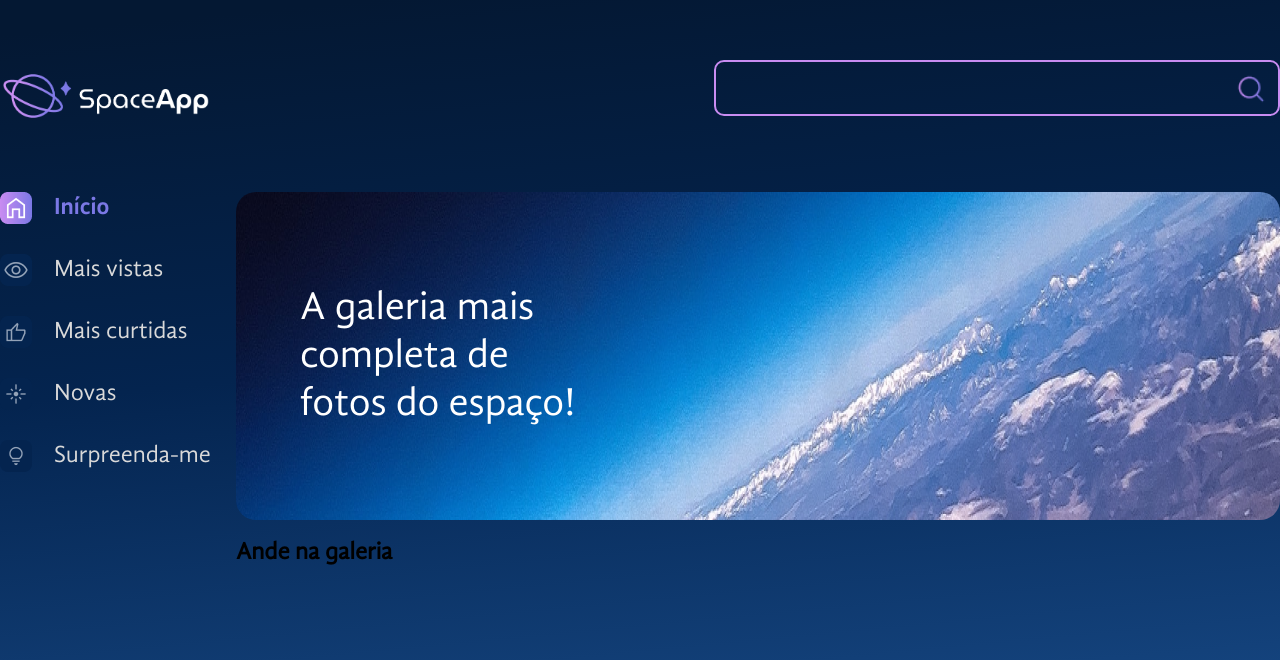
Repository: humbertobrasileiro/space-app
Page: /
The author's editor kept a copy of each file at every save. The page is drawn from the files as they stood at one save, then again after the next save.
The browser window is 1280 px wide. The pictures show the whole page.
The project was rebuilt for these pictures with package versions that can differ from the ones it lists, and the page was loaded fresh each time. Also part of the build but not shown: vite.config.js.

Above is the page before, as saved 2025-03-06 09:18:37.

### src/App.jsx
import { styled } from "styled-components";
import EstilosGlobais from "./componentes/EstilosGlobais";
import Cabecalho from "./componentes/Cabecalho";
import BarraLateral from "./componentes/BarraLateral";
import Banner from "./componentes/Banner";
import bannerBackground from "./assets/banner.png";
import Galeria from "./componentes/Galeria";

const FundoGradiente = styled.div`
  background: linear-gradient(
    174.61deg,
    #041833 4.16%,
    #04244f 48%,
    #154580 96.76%
  );
  width: 100%;
  min-height: 100vh;
`;

const AppContainer = styled.div`
  width: 1440px;
  margin: 0 auto;
  max-width: 100%;
`;

const MainContainer = styled.main`
  display: flex;
  gap: 24px;
`;

const ConteudoGaleria = styled.section`
  display: flex;
  flex-direction: column;
  flex-grow: 1;
`;

function App() {
  return (
    <FundoGradiente>
      <EstilosGlobais />
      <AppContainer>
        <Cabecalho />
        <MainContainer>
          <BarraLateral />
          <ConteudoGaleria>
            <Banner
              texto="A galeria mais completa de fotos do espaço!"
              backgroundImage={bannerBackground}
            />
            <Galeria />
          </ConteudoGaleria>
        </MainContainer>
      </AppContainer>
    </FundoGradiente>
  );
}

export default App;

### src/componentes/EstilosGlobais/index.jsx
import { createGlobalStyle } from 'styled-components'

import GandhiSansRegular from './fontes/GandhiSans-Regular.otf'
import GandhiSansBold from './fontes/GandhiSans-Bold.otf'

const EstilosGlobais = createGlobalStyle`
@font-face {
  font-family: 'GandhiSansRegular';
  src: local('Gandhi Sans Regular'), local('GandhiSansRegular'), url(${GandhiSansRegular});
}
@font-face {
  font-family: 'GandhiSansBold';
  src: local('Gandhi Sans Bold'), local('GandhiSansBold'), url(${GandhiSansBold});
}
html {
  line-height: 1.15;
  -webkit-text-size-adjust: 100%;
  font-family: GandhiSansRegular;
}
body {
  margin: 0;
  min-height: 100vh;
}
main {
  display: block;
}
h1 {
  font-size: 2em;
  margin: 0.67em 0;
}
hr {
  box-sizing: content-box;
  height: 0;
  overflow: visible;
}
a {
  background-color: transparent;
}
abbr[title] {
  border-bottom: none;
  text-decoration: underline;
  text-decoration: underline dotted;
}
b,
strong {
  font-weight: bolder;
}
code,
kbd,
samp {
  font-family: monospace, monospace;
  font-size: 1em;
}
small {
  font-size: 80%;
}
sub,
sup {
  font-size: 75%;
  line-height: 0;
  position: relative;
  vertical-align: baseline;
}
sub {
  bottom: -0.25em;
}
sup {
  top: -0.5em;
}
img {
  border-style: none;
}
button,
input,
optgroup,
select,
textarea {
  font-family: inherit;
  font-size: 100%;
  line-height: 1.15;
  margin: 0;
}
button,
input {
  overflow: visible;
}
button,
select {
  text-transform: none;
}
button,
[type="button"],
[type="reset"],
[type="submit"] {
  -webkit-appearance: button;
}
button::-moz-focus-inner,
[type="button"]::-moz-focus-inner,
[type="reset"]::-moz-focus-inner,
[type="submit"]::-moz-focus-inner {
  border-style: none;
  padding: 0;
}
button:-moz-focusring,
[type="button"]:-moz-focusring,
[type="reset"]:-moz-focusring,
[type="submit"]:-moz-focusring {
  outline: 1px dotted ButtonText;
}
fieldset {
  padding: 0.35em 0.75em 0.625em;
}
legend {
  box-sizing: border-box;
  color: inherit;
  display: table;
  max-width: 100%;
  padding: 0;
  white-space: normal;
}
progress {
  vertical-align: baseline;
}
textarea {
  overflow: auto;
}
[type="checkbox"],
[type="radio"] {
  box-sizing: border-box;
  padding: 0;
}
[type="number"]::-webkit-inner-spin-button,
[type="number"]::-webkit-outer-spin-button {
  height: auto;
}
[type="search"] {
  -webkit-appearance: textfield;
  outline-offset: -2px;
}
[type="search"]::-webkit-search-decoration {
  -webkit-appearance: none;
}
::-webkit-file-upload-button {
  -webkit-appearance: button;
  font: inherit;
}
details {
  display: block;
}
summary {
  display: list-item;
}
template {
  display: none;
}
[hidden] {
  display: none;
}
`

export default EstilosGlobais

### src/componentes/BarraLateral/index.jsx
import { styled } from "styled-components"
import ItemNavegacao from "./ItemNavegacao"

const ListaEstilizada = styled.ul`
    list-style: none;
    padding: 0;
    margin: 0;
    width: 212px;
`

const BarraLateral = () => {
    return (
        <aside>
            <nav>
                <ListaEstilizada>
                    <ItemNavegacao
                        iconeAtivo="/icones/home-ativo.png"
                        iconeInativo="/icones/home-inativo.png"
                        ativo={true}
                    >
                        Início
                    </ItemNavegacao>
                    <ItemNavegacao
                        iconeAtivo="/icones/mais-vistas-ativo.png"
                        iconeInativo="/icones/mais-vistas-inativo.png"
                    >
                        Mais vistas
                    </ItemNavegacao>
                    <ItemNavegacao
                        iconeAtivo="/icones/mais-curtidas-ativo.png"
                        iconeInativo="/icones/mais-curtidas-inativo.png"
                    >
                        Mais curtidas
                    </ItemNavegacao>
                    <ItemNavegacao
                        iconeAtivo="/icones/novas-ativo.png"
                        iconeInativo="/icones/novas-inativo.png"
                    >
                        Novas
                    </ItemNavegacao>
                    <ItemNavegacao
                        iconeAtivo="/icones/surpreenda-me-ativo.png"
                        iconeInativo="/icones/surpreenda-me-inativo.png"
                    >
                        Surpreenda-me
                    </ItemNavegacao>
                </ListaEstilizada>
            </nav>
        </aside>
    )
}

export default BarraLateral

### src/componentes/Banner/index.jsx
import { styled } from "styled-components"

const FigureEstilizada = styled.figure`
    background-image: ${props => `url(${props.$backgroundImage})`};
    flex-grow: 1;
    background-repeat: no-repeat;
    display: flex;
    align-items: center;
    min-height: 328px;
    margin: 0;
    border-radius: 20px;
    max-width: 100%;
`

const TituloEstilizado = styled.h1`
    font-weight: 400;
    font-size: 40px;
    line-height: 48px;
    color: #FFFFFF;
    max-width: 300px;
    padding: 0 64px;
`

// eslint-disable-next-line react/prop-types
const Banner = ({texto, backgroundImage}) => {
    return (<FigureEstilizada $backgroundImage={backgroundImage}>
        <TituloEstilizado>{texto}</TituloEstilizado>
    </FigureEstilizada>)
}

export default Banner

### src/componentes/Galeria/index.jsx
const Galeria = () => {
  return (
    <h2>Ande na galeria</h2>
  )
}

export default Galeria;

### src/componentes/CampoTexto/index.jsx
import { styled } from "styled-components"
import search from './search.png'

const ContainerEstilizado = styled.div`
    position: relative;
    display: inline-block;
`;


const CampoTextoEstilizado = styled.input`
    height: 56px;
    padding: 12px 16px;
    border-radius: 10px;
    border: 2px solid;
    border-color: #C98CF1;
    background: transparent;
    box-sizing: border-box;
    width: 566px;
    color: #D9D9D9;
    font-weight: 400;
    font-size: 20px;
    line-height: 20px;
`

const IconeLupa = styled.img`
    position: absolute;
    top: 10px;
    right: 10px;
    width: 38px;
    height: 38px;
`;

const CampoTexto = (props) => {
    return (
        <ContainerEstilizado>
            <CampoTextoEstilizado {...props} />
            <IconeLupa src={search} alt="ícone de lupa" />
        </ContainerEstilizado>
    )
}

export default CampoTexto

### src/componentes/BarraLateral/ItemNavegacao/index.jsx
import { styled } from "styled-components"

const ItemListaEstilizado = styled.li`
    font-size: 24px;
    line-height: 29px;
    margin-bottom: 30px;
    cursor: pointer;
    color: ${ props => props.$ativo ? '#7B78E5' : '#D9D9D9'};
    font-family: ${ props => props.$ativo ? 'GandhiSansBold' : 'GandhiSansRegular'};
    display: flex;
    align-items: center;
    gap: 22px;
`

// eslint-disable-next-line react/prop-types
const ItemNavegacao = ({children, iconeAtivo, iconeInativo, ativo = false}) => {
    return <ItemListaEstilizado $ativo={ativo}>
        <img src={ativo ? iconeAtivo : iconeInativo} alt="" />
        {children}
    </ItemListaEstilizado>
}

export default ItemNavegacao

Loaded but not shown: index.html (common file); src/main.jsx (common file); src/componentes/Cabecalho/index.jsx (common file)

After the next save:
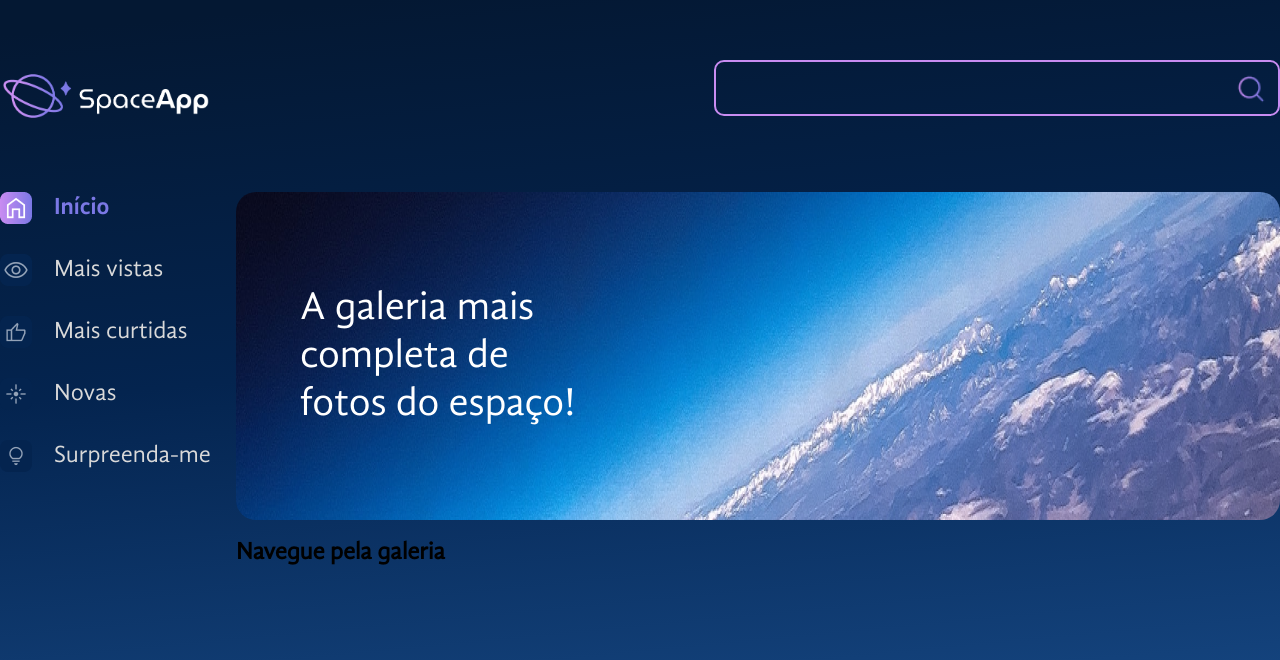
Saved 2 min 34 s later.
--- a/src/componentes/Galeria/index.jsx
+++ b/src/componentes/Galeria/index.jsx
@@ -1,7 +1,5 @@
 const Galeria = () => {
-  return (
-    <h2>Ande na galeria</h2>
-  )
-}
+  return <h2>Navegue pela galeria</h2>;
+};
 
 export default Galeria;
